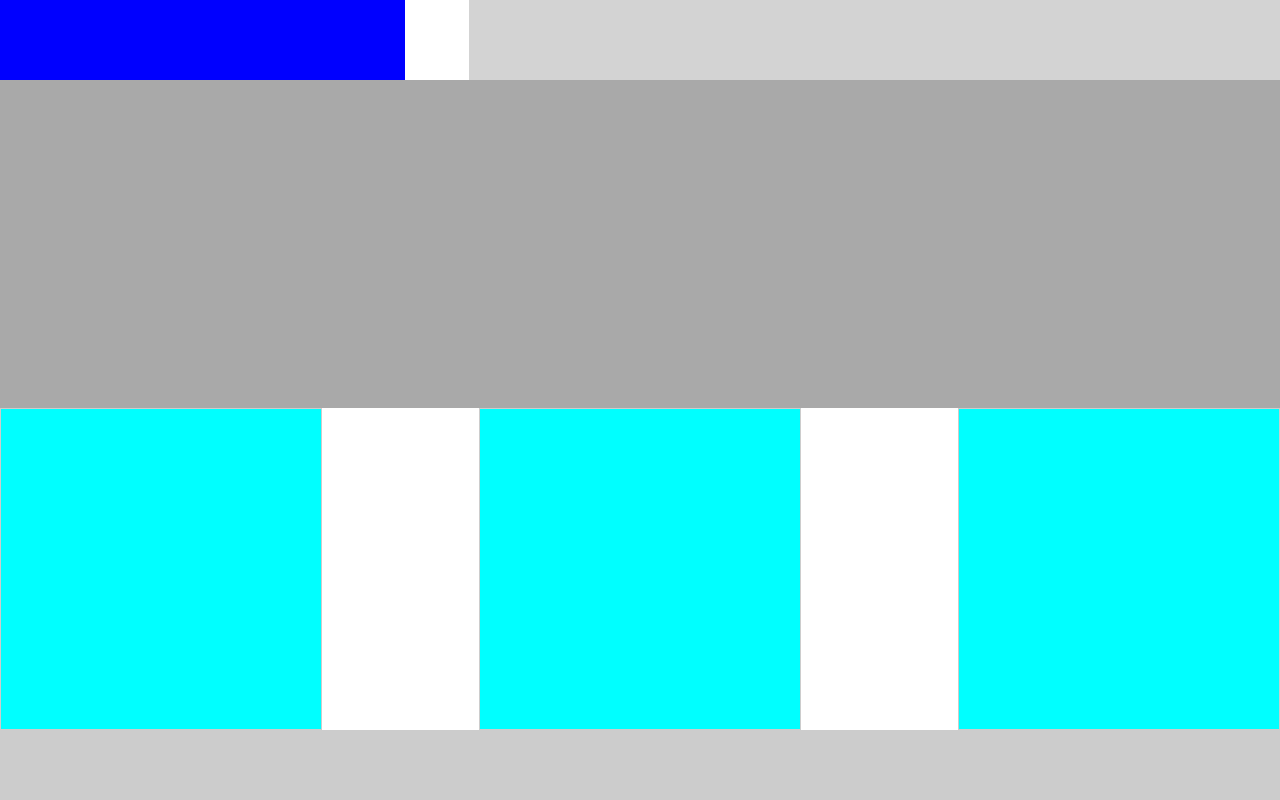
Repository: punitbathija/Placement-Assitance-iNeuron
Page: responsive-web-design.html
An editor plug-in stored every save of this project. The page is shown before and after a run of saves, followed by the edit.
The browser window is 1280 px wide. The pictures show the whole page.

Above is the page before, as saved 2023-05-23 15:25:51.

### responsive-web-design.html
<!DOCTYPE html>
<html>
  <head>
    <title>Responsive Design Layout with Flexbox</title>
    <style>
      body {
        margin: 0;
        padding: 0;
        font-family: sans-serif;
      }

      .container {
        display: flex;
        flex-direction: column;
        min-height: 100vh;
      }

      .nav {
        display: flex;
        justify-content: space-between;
        align-items: center;
        width: 100%;
        gap: 5%;
      }

      .nav-left {
        background-color: blue;
        flex-grow: 1;
        height: 5rem;
      }

      .nav-right {
        background-color: lightgrey;
        flex-grow: 2;
        height: 5rem;
      }

      .hero {
        padding: 5%;
        background-color: darkgrey;
        height: 200px;
        text-align: center;
      }

      .slider {
        display: flex;
        flex-wrap: wrap;
        justify-content: space-between;
      }

      .slider-item {
        width: 25%;
        height: 20rem;
        border: 1px solid #ccc;
        background-color: aqua;
      }

      .footer {
        background-color: #ccc;
        height: 50px;
        text-align: center;
        padding: 10px;
      }
    </style>
  </head>
  <body>
    <div class="container">
      <div class="nav">
        <div class="nav-left"></div>
        <div class="nav-right"></div>
      </div>
      <div class="hero"></div>
      <div class="slider">
        <div class="slider-item"></div>
        <div class="slider-item"></div>
        <div class="slider-item"></div>
      </div>
      <div class="footer"></div>
    </div>
  </body>
</html>

After the next 2 saves:
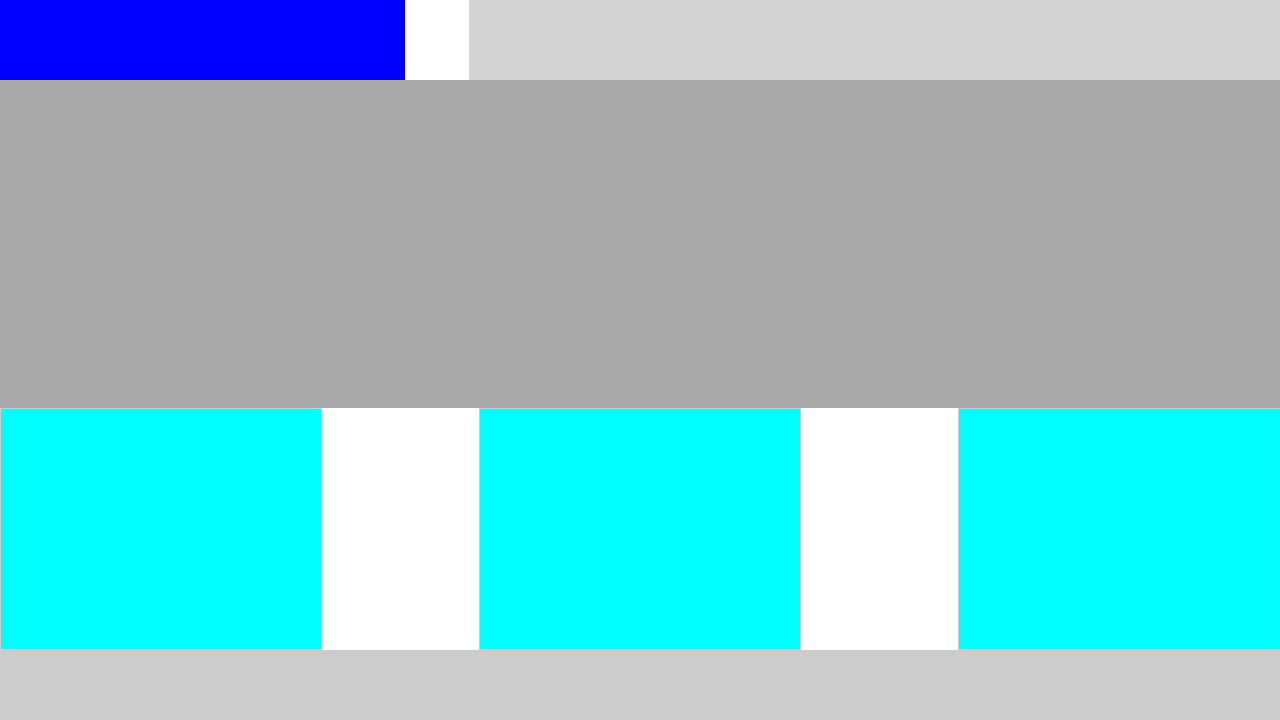
The 2 saves are shown as one change because they came seconds apart.
The last was saved 8 s later.
--- a/responsive-web-design.html
+++ b/responsive-web-design.html
@@ -50,7 +50,7 @@
 
       .slider-item {
         width: 25%;
-        height: 20rem;
+        height: 15rem;
         border: 1px solid #ccc;
         background-color: aqua;
       }
